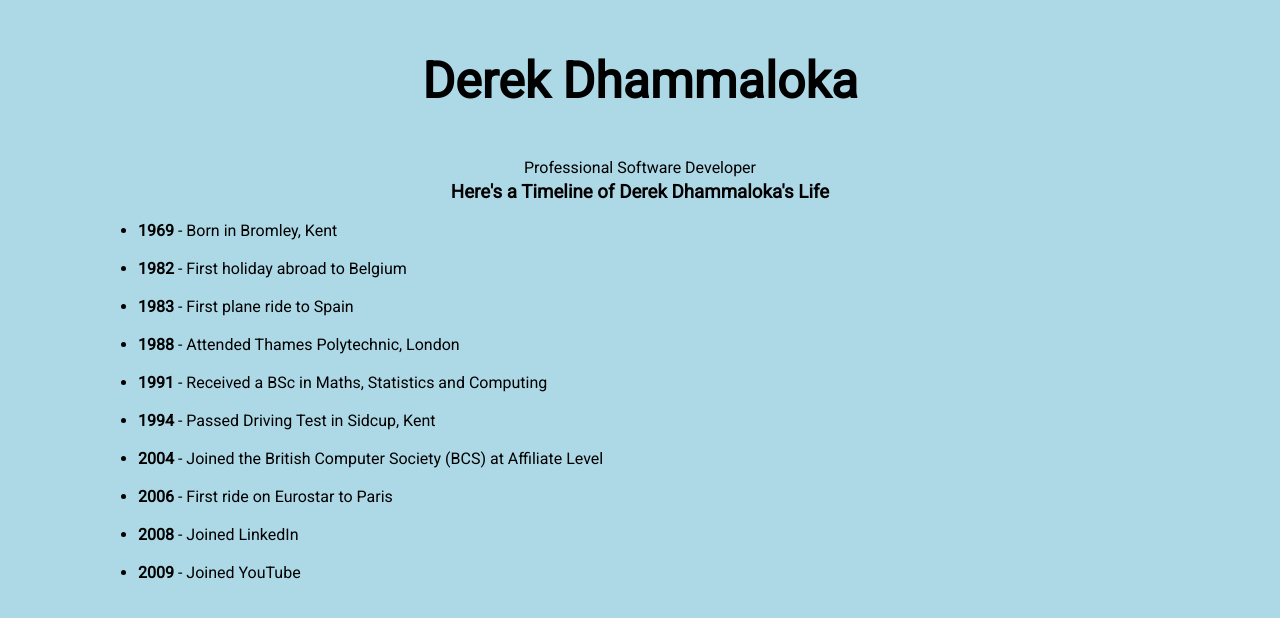
Repository: derektypist/tribute-page
Page: index.html
The author's editor kept a record of every edit. The page is drawn from the files as they stood at one moment, then again after the next edit.
The browser window is 1280 px wide. The pictures show the whole page.

Above is the page before.

After the next edit:
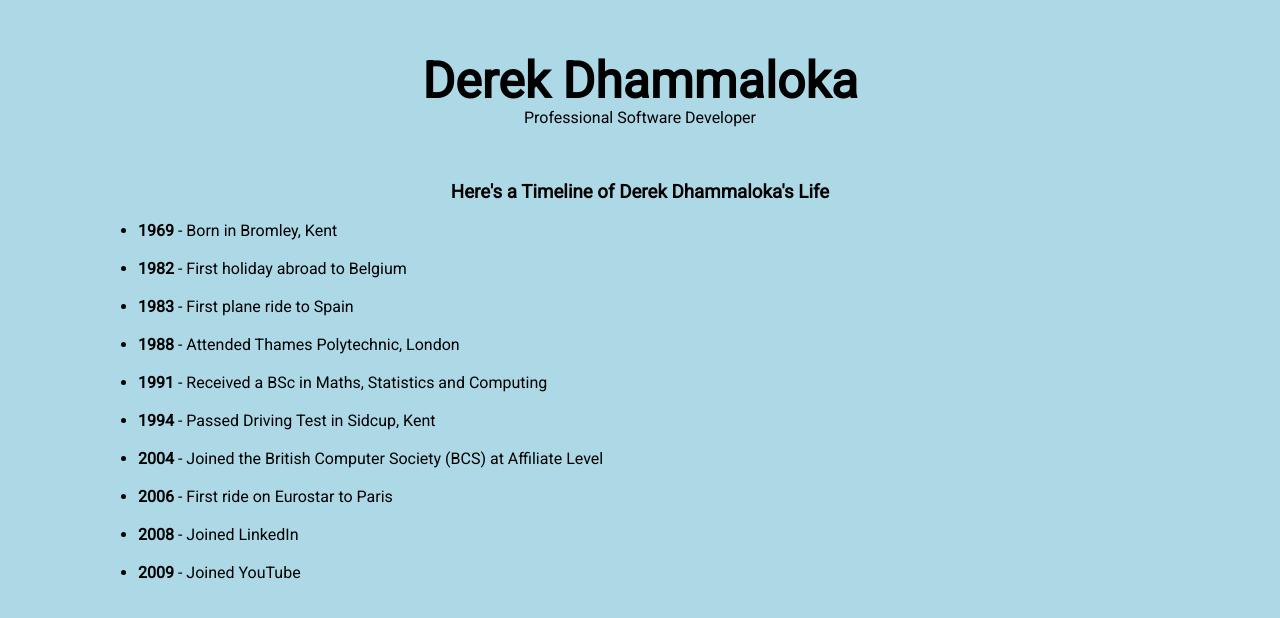
The edit:
--- a/index.html
+++ b/index.html
@@ -30,7 +30,7 @@
 
         #title-info {
             position: relative;
-            top: 15px;
+            bottom: 35px;
         }
 
         /* Tribute Info */
